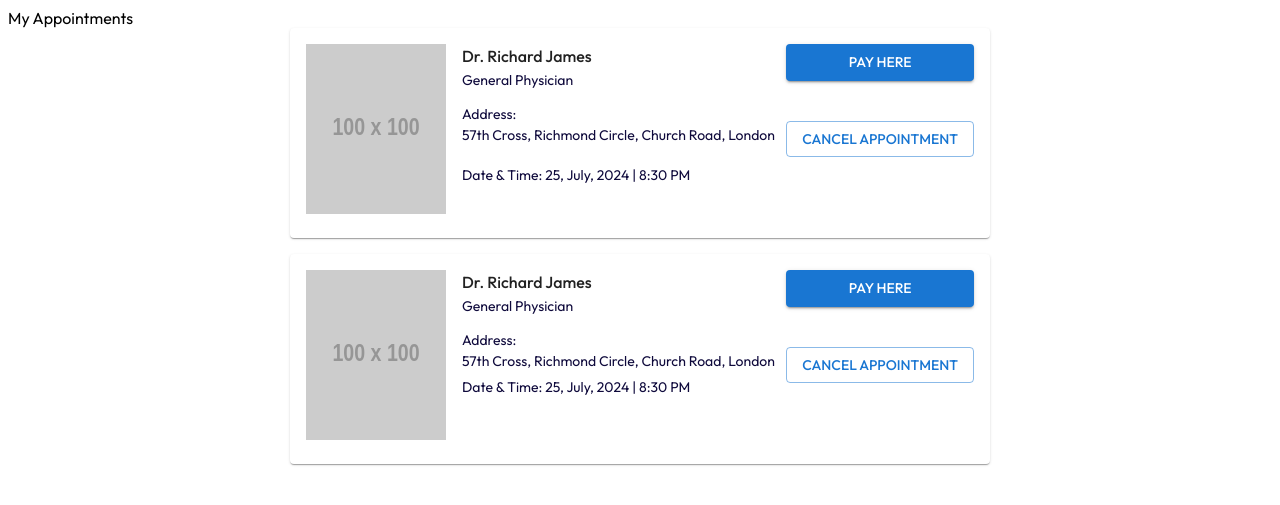
Repository: Ali-Dmerdash/DEPI_GRAD
Page: /
An editor plug-in stored every save of this project. The page is shown before and after the next save, followed by the edit.
The browser window is 1280 px wide. The pictures show the whole page.
The project was rebuilt for these pictures with package versions that can differ from the ones it lists, and the page was loaded fresh each time. Also part of the build but not shown: vite.config.ts.

Above is the page before, as saved 2024-10-08 21:07:29.

### src/App.tsx
import "./App.css";
import "react-router-dom";
import { library } from "@fortawesome/fontawesome-svg-core";
import { fab } from "@fortawesome/free-brands-svg-icons";
import { fas } from "@fortawesome/free-solid-svg-icons";
import { far } from "@fortawesome/free-regular-svg-icons";
import Myappointment from "./pages/myappointment";

function App() {
  return (
    <>
      <Myappointment />
    </>
  );
}

export default App;
library.add(fab, fas, far);

### src/index.css
@import url("https://fonts.googleapis.com/css2?family=Outfit:wght@100..900&display=swap");

body {
  font-family: "Outfit", sans-serif;
  color: var(--text-color);
}

:root {
  --primary-color: #07456f;
  --secondary-color: #009f9d;
  --text-color: #0f0a3c;
  --card-button-color: #ace6f6;
  --border-color: #adadad;
}

### src/App.css
@import "./App.css";

body {
  color: var(--text-color);
}

### src/pages/myappointment/index.tsx
import React from "react";
import { Box, Card, CardContent, Typography, Button } from "@mui/material";

const MyAppointment: React.FC = () => {
  return (
    <>
      <Typography variant="body" color="initial" sx={{ marginBottom: "222%" }}>
        My Appointments
      </Typography>
      <Box sx={{ maxWidth: 700, margin: "0 auto" }}>
        <Card sx={{ marginBottom: 2 }}>
          <CardContent>
            <Box display="flex" alignItems="flex-start">
              <img
                src="https://via.placeholder.com/100"
                alt="Doctor"
                style={{ width: "140px", height: "170px", marginRight: "16px" }}
              />
              <Box flexGrow={1}>
                <Typography variant="h6" fontSize="16px">
                  Dr. Richard James
                </Typography>
                <Typography
                  color="#0F0A3C"
                  fontSize="14px"
                  sx={{ marginBottom: "4%" }}
                >
                  General Physician
                </Typography>
                <Typography
                  color="#0F0A3C"
                  fontSize="14px"
                  sx={{ marginBottom: "6%" }}
                >
                  Address: <br /> 57th Cross, Richmond Circle, Church Road,
                  London
                </Typography>
                <Typography color="#0F0A3C" fontSize="14px">
                  Date & Time: 25, July, 2024 | 8:30 PM
                </Typography>
              </Box>
              <Box
                display="flex"
                flexDirection="column"
                justifyContent="flex-end"
              >
                <Button variant="contained" color="primary">
                  Pay here
                </Button>
                <Button
                  variant="outlined"
                  color="primary"
                  sx={{ marginTop: 5 }}
                >
                  Cancel appointment
                </Button>
              </Box>
            </Box>
          </CardContent>
        </Card>

        <Card>
          <CardContent>
            <Box display="flex" alignItems="flex-start">
              <img
                src="https://via.placeholder.com/100"
                alt="Doctor"
                style={{ width: "140px", height: "170px", marginRight: "16px" }}
              />
              <Box flexGrow={1}>
                <Typography variant="h6" fontSize="16px">
                  Dr. Richard James
                </Typography>
                <Typography
                  color="#0F0A3C"
                  fontSize="14px"
                  sx={{ marginBottom: "4%" }}
                >
                  General Physician
                </Typography>
                <Typography
                  color="#0F0A3C"
                  fontSize="14px"
                  sx={{ marginBottom: "5px" }}
                >
                  Address: <br />
                  57th Cross, Richmond Circle, Church Road, London
                </Typography>
                <Typography color="#0F0A3C" fontSize="14px">
                  Date & Time: 25, July, 2024 | 8:30 PM
                </Typography>
              </Box>
              <Box
                display="flex"
                flexDirection="column"
                justifyContent="flex-end"
              >
                <Button variant="contained" color="primary">
                  Pay here
                </Button>

                <Button
                  variant="outlined"
                  color="primary"
                  sx={{ marginTop: 5 }}
                >
                  Cancel appointment
                </Button>
              </Box>
            </Box>
          </CardContent>
        </Card>
      </Box>
    </>
  );
};

export default MyAppointment;

Loaded but not shown: index.html (common file); src/main.tsx (common file)

After the next save:
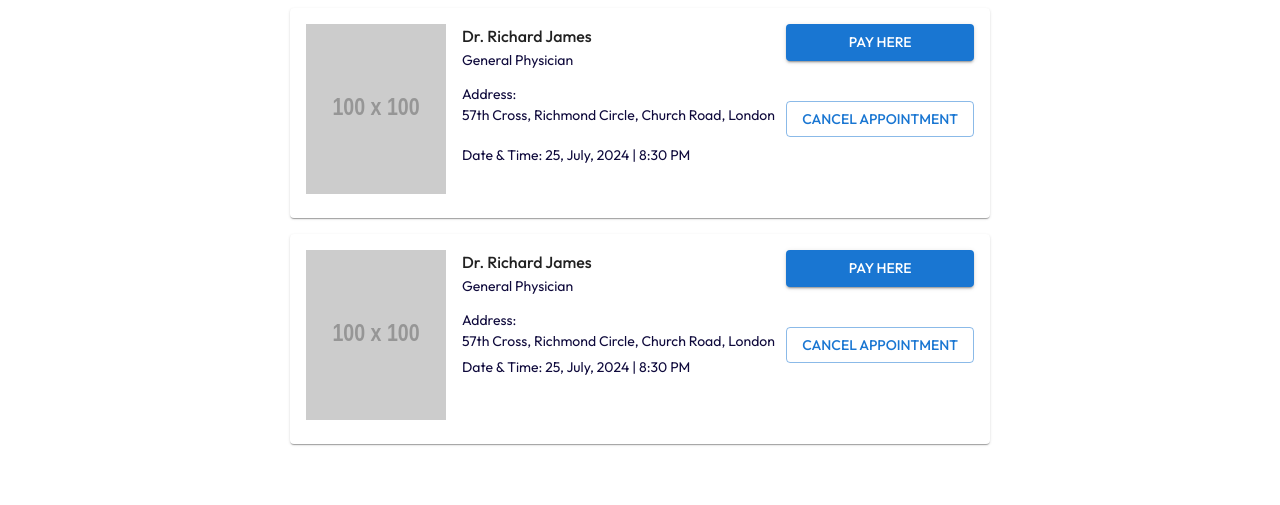
Saved 9 s later.
--- a/src/pages/myappointment/index.tsx
+++ b/src/pages/myappointment/index.tsx
@@ -4,9 +4,6 @@
 const MyAppointment: React.FC = () => {
   return (
     <>
-      <Typography variant="body" color="initial" sx={{ marginBottom: "222%" }}>
-        My Appointments
-      </Typography>
       <Box sx={{ maxWidth: 700, margin: "0 auto" }}>
         <Card sx={{ marginBottom: 2 }}>
           <CardContent>

After the save that followed:
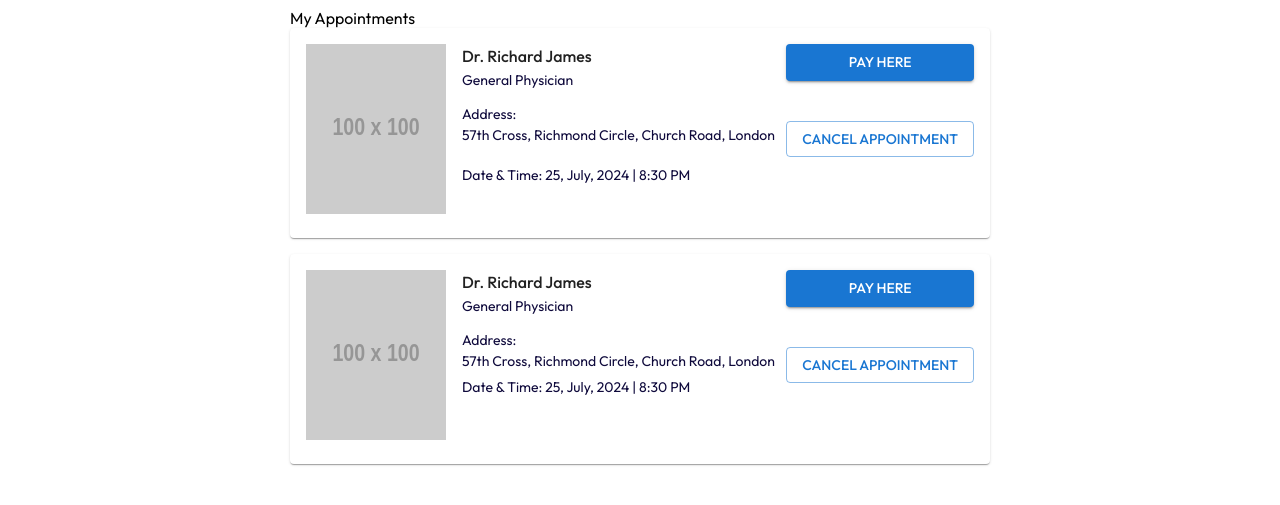
Saved 4 s later.
--- a/src/pages/myappointment/index.tsx
+++ b/src/pages/myappointment/index.tsx
@@ -5,6 +5,13 @@
   return (
     <>
       <Box sx={{ maxWidth: 700, margin: "0 auto" }}>
+        <Typography
+          variant="body"
+          color="initial"
+          sx={{ marginBottom: "222%" }}
+        >
+          My Appointments
+        </Typography>
         <Card sx={{ marginBottom: 2 }}>
           <CardContent>
             <Box display="flex" alignItems="flex-start">
